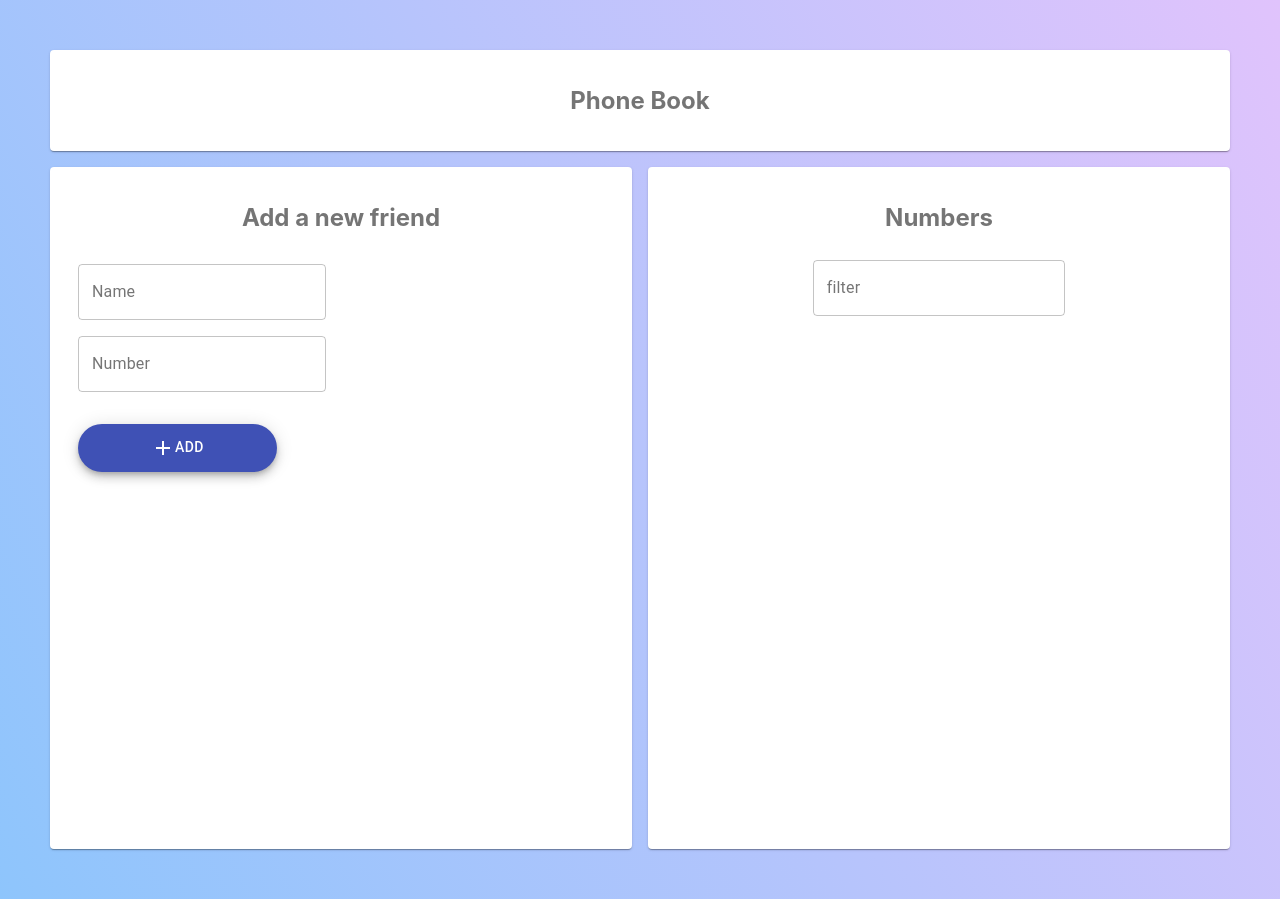
Repository: StacyLafume/phone-book
Page: / (app in phone-book/)
An editor plug-in stored every save of this project. The page is shown before and after the next save, followed by the edit.
The browser window is 1280 px wide. The pictures show the whole page.
The page's requests for data from a server got no answer. The project was rebuilt for these pictures with package versions that can differ from the ones it lists, and the page was loaded fresh each time. No one was signed in, and anything a server would have sent is missing. Also part of the build but not shown: phone-book/src/PhoneBook.js.

Above is the page before, as saved 2021-04-02 02:29:15.

### phone-book/src/index.css
body {
  margin: 0;
  font-family: -apple-system, BlinkMacSystemFont, 'Segoe UI', 'Roboto', 'Oxygen',
    'Ubuntu', 'Cantarell', 'Fira Sans', 'Droid Sans', 'Helvetica Neue',
    sans-serif;
  -webkit-font-smoothing: antialiased;
  -moz-osx-font-smoothing: grayscale;
  background-color: #8EC5FC;
background-image: linear-gradient(62deg, #8EC5FC 0%, #E0C3FC 100%);

}

code {
  font-family: source-code-pro, Menlo, Monaco, Consolas, 'Courier New',
    monospace;
}

### phone-book/src/App.js
import React, { useState, useEffect } from "react";
// importing a modual personsService
import personsService from "./Service/person";
import Filter from "./Filter";
import Notification from "./Notification";
import PersonForm from "./PersonForm";
import PhoneBook from "./PhoneBook";
import { makeStyles } from '@material-ui/core/styles';
import Paper from '@material-ui/core/Paper';
import Grid from '@material-ui/core/Grid';
import Box from '@material-ui/core/Box';
import List from '@material-ui/core/List';


const App = () => {
  const [persons, setPersons] = useState([]);
  const [newName, setNewName] = useState("");
  const [newNumber, setNewNumber] = useState("");
  const [showFilter, setshowFilter] = useState("");
  const [notification, setNotification] = useState(null);
  const [success, setSuccess] = useState(null);

  const useStyles = makeStyles((theme) => ({
    root: {
      flexGrow: 1,
      margin: 50,

    },
    paper: {
      padding: theme.spacing(2),
      justifyItems: 'center',
      color: theme.palette.text.secondary,
      overflow: 'auto',
      height: 650,

    },
    header1: {
      padding: theme.spacing(2),
      justifyItems: 'center',
      color: theme.palette.text.secondary,
      overflow: 'auto',
      textAlign: 'center'
    },
    addFriend:{
      padding: theme.spacing(2),
      justifyItems: 'center',
      color: theme.palette.text.secondary,
      overflow: 'auto',
      textAlign: 'center',
      height: 650,
      justifyContent: 'center'

    }
  }));

  // show data on the screen
  useEffect(() => {
    personsService
      .getAll()
      .then(response => {
        setPersons(response);
      })
      .catch(error => showMessage("Could not retrieve data", false));
  }, []);

  const addNewName = e => {
    e.preventDefault();
    const personObject = {
      name: newName,
      number: newNumber
    };

    //console.log('persons.some(e => e.name === newName)',persons.some(e => e.name === newName))

    // if name is already in phone book return true and alert user
    if (persons.some(e => e.name === newName)) {

      // first name equal to that name
      let personId = persons.find(item => item.name === newName);

      // assigning whats in person obj to person id to update the entry
      let updatedEntry = Object.assign(personId, personObject);

      // alert the user  to update name  and / or  number
      if (
        window.confirm(
          `Do you want to update ${newName} with number ${newNumber}?`
        )
      ) {
        // based on the condition it will make put request to update
        personsService
          .update(personId.id, personObject)
          .then(() => {
            setPersons(
              // map through persons check if name is equal to new name
              //and either return updatedEntry or item
              persons.map(item => (item.name === newName ? updatedEntry : item))
            );
            // reset inputs
            setNewName("");
            setNewNumber("");
            // alert user of the changes
            showMessage(` ${newName} phone number updated`);
          })
          .catch(error => {
            showMessage(
              `Update failed. ${newName} has already been removed from the phone book.`,
              false
            );
            setPersons(persons.filter(n => n.name !== newName));
          });
      }
    } else {
      // if number is already in phone book return true and alert user
      if (persons.some(e => e.number === newNumber)) {
        showMessage(`# ${newNumber} is already in the phone book.`, false);
      } else {
        // check if inputs are empty and set show message
        if (newName === "" || newNumber === "") {
          showMessage(`The name and number must not be empty`, false);
        } else {
          // add personObject to the data base
          personsService
            .create(personObject)
            .then(returnedPerson => {
              setPersons(persons.concat(returnedPerson));
              // reset inputs
              setNewName("");
              setNewNumber("");
              // alert user
              showMessage(`User ${newName} has been added to the phone book`);
            })
            .catch(error => {
              console.log(error.response.data.error)
              return showMessage(
                `Failed to add number. More about error: ${error.response.data.error
                }`,
                false
              );
            });
          // make a get requests of updated data
          personsService
            .getAll()
            .then(response => {
              setPersons(response);
            })
            .catch(error => showMessage("Could not retrieve data", false));
        }
      }
    }
  };

  const removeEntry = person => {
    // if user clicks yes to remove
    if (window.confirm(`Remove ${person.name}?`)) {
      // call delete request with id that needs to be deleted
      personsService
        .remove(person.id)
        .then(() => {
          // setPerson to filtered array of every preson but the deleted person
          setPersons(persons.filter(item => item.id !== person.id));
          showMessage(`${person.name} has been removed from the phone book`);
        })
        .catch(error => {
          showMessage(
            `Removal failed. User ${person.name
            } has already been removed from the phone book.`,
            false
          );
          // make a get requests of updated data
          personsService
            .getAll()
            .then(response => {
              setPersons(response);
            })
            .catch(error => showMessage("Could not retrieve data", false));
        });
    }
  };

  // tracking values in the name input
  const handleNameChange = e => {
    // console.log(e.target.value);
    setNewName(e.target.value);
  };

  // tracking values in the number input
  const handleNumberChange = e => {
    setNewNumber(e.target.value);
  };

  const showMessage = (message, successNotification = true) => {
    // sets notication based on the true or false given by the condiyion it was called in
    setNotification(message);
    // boolean value if the rquest was successful or not
    setSuccess(successNotification);

    // the notification will stay on browser for 3 sec
    setTimeout(() => {
      setNotification(null);
      setSuccess(null);
    }, 3000);
  };

  const classes = useStyles();
  return (
    <Box className={classes.root}>
      <Grid container spacing={2}>
      <Grid item xs={12}>
      <Paper className={classes.header1}>
        <h2>Phone Book</h2>
        </Paper>
        </Grid>
        <Grid item xs={6} >
          <Paper className={classes.paper}>


            <h2>Add a new friend</h2>
            <PersonForm
              addNewName={addNewName}
              newName={newName}
              handleNameChange={handleNameChange}
              handleNumberChange={handleNumberChange}
            />
          </Paper>
        </Grid>
        <Grid item xs={6}>
          <Paper className={classes.paper}>
            <h2>Numbers</h2>
            <Notification notification={notification} success={success} />
            <Filter showFilter={showFilter} setshowFilter={setshowFilter} />
            <List>
              <PhoneBook
                persons={persons}
                showFilter={showFilter}
                removeEntry={removeEntry}
              />
            </List>
          </Paper>
        </Grid>
      </Grid>
    </Box>
  );
};

export default App;

### phone-book/src/Service/person.js
import axios from "axios";

//const baseUrl = "http://localhost:3003/persons";
const baseUrl = 'api/persons';

// get rquest for all of json datas
const getAll = () => {
  const request = axios.get(baseUrl);
  return request.then(response => response.data);
};

// post request to add new entry
const create = newObject => {
  const request = axios.post(baseUrl, newObject);
  return request.then(response => response.data)
};

// put request to update json db
const update = (id, newObject) => {
  const request = axios.put(`${baseUrl}/${id}`, newObject);
  return request.then(response => response.data);
};

// delete request to delete from json data base
const remove = id => {
  const request = axios.delete(`${baseUrl}/${id}`);
  return request.then(response => response.data);
};


// exporting all of the functions
export default {
  getAll: getAll,
  create: create,
  update: update,
  remove: remove
};

### phone-book/src/Filter.js
import React from "react";
import { makeStyles } from '@material-ui/core/styles';
import TextField from '@material-ui/core/TextField';

const Filter = ({ showFilter, setshowFilter }) => {
  const useStyles = makeStyles((theme) => ({
    root: {
      '& > *': {
        margin: theme.spacing(1),
        width: '25ch',
      },
    },
  }));
  const classes = useStyles();
  const filterPersons = e => {
    setshowFilter(e.target.value);
  };

  return (
    <div className={classes.root}>
      <TextField id="outlined-basic" value={showFilter} label="filter" variant="outlined"onChange={filterPersons} />
    </div>
  );
};

export default Filter;

### phone-book/src/Notification.js
import React from "react";


const Notification = ({ notification, success }) => {
  // console.log(notification);
  // console.log(success);

  // if there is no notification return null
  if (notification === null) {
    return null;
  }

  // if success renders the paticular (inLine) style
  if (success)
    return (
      <div className="success" style={styles.success}>
        {notification}
      </div>
    );
  else
    return (
      <div className="success" style={styles.fail}>
        {notification}
      </div>
    );
};

var styles = {
  success: {
    color: "green",
    background: "white",
    fontSize: 20,
    borderStyle: "solid",
    borderRadius: 5,
    padding: 10,
    marginBottom: 10
  },
  fail: {
    color: "red",
    background: "white",
    fontSize: 20,
    borderStyle: "solid",
    borderRadius: 5,
    padding: 10,
    marginBottom: 10
  }
};

export default Notification;

### phone-book/src/PersonForm.js
import React from "react";
import { makeStyles } from '@material-ui/core/styles';
import TextField from '@material-ui/core/TextField';
import Grid from '@material-ui/core/Grid';
import Fab from '@material-ui/core/Fab';
import AddIcon from '@material-ui/icons/Add';



const PersonForm = ({
  newName,
  newNumber,
  addNewName,
  handleNameChange,
  handleNumberChange
}) => {
  const useStyles = makeStyles((theme) => ({
    root: {
      '& > *': {
        margin: theme.spacing(2),
        width: '25ch',
      },
    },
    press: {
      margin: {
        margin: theme.spacing(1),
      },
      extendedIcon: {
        marginRight: theme.spacing(1),
      },
    }
  }));
  const classes = useStyles();
  return (
    <Grid container spacing={1}>
      <form onSubmit={addNewName} className={classes.root} noValidate autoComplete="off">

        {/* calls the function tracking values in the name input */}
        {/* name: <input value={newName} onChange={handleNameChange} /> */}
        <Grid item xs={12}>
        <TextField id="outlined-basic" className={classes.press} label="Name" value={newName} onChange={handleNameChange} variant="outlined" />
        </Grid>
        <Grid item  xs={12}>
        {/* calls the function tracking values in the number input */}
        <TextField id="outlined-basic"  className={classes.press} value={newNumber} onChange={handleNumberChange} label="Number" variant="outlined" />
        </Grid>
        {/* calls the create request to add name and number */}
        <Fab variant="extended" color="primary" aria-label="add" className={classes.margin} type="submit">
          <AddIcon className={classes.extendedIcon} />
         Add
        </Fab>
      </form>
      </Grid>

  );
};


export default PersonForm;

Loaded but not shown: phone-book/public/index.html (common file); phone-book/src/index.js (common file)

After the next save:
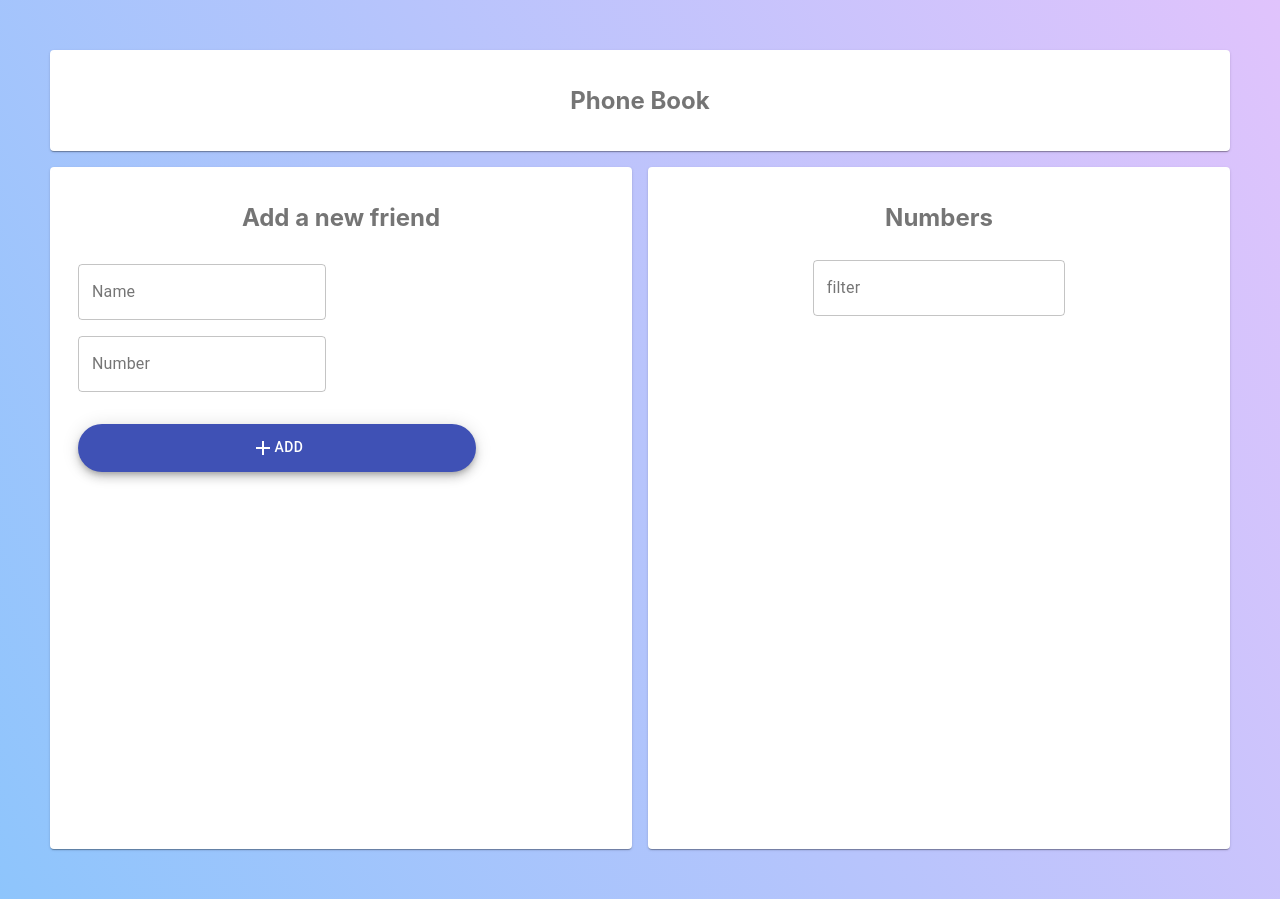
Saved 20 s later.
--- a/phone-book/src/PersonForm.js
+++ b/phone-book/src/PersonForm.js
@@ -18,7 +18,7 @@ const PersonForm = ({
     root: {
       '& > *': {
         margin: theme.spacing(2),
-        width: '25ch',
+        width: '50ch',
       },
     },
     press: {
